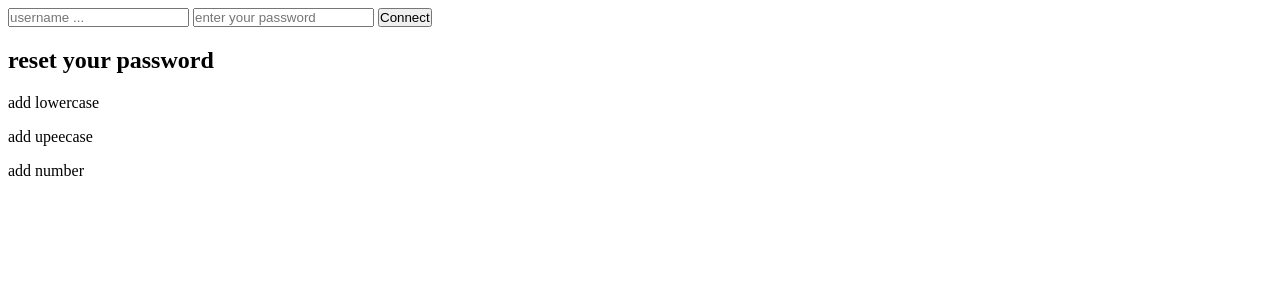
Repository: beva3/javaScrypt
Page: filter/index.html
These files come from the project's save history. The page is drawn as it stood at one moment and after a run of saves; the edit follows.
The browser window is 1280 px wide. The pictures show the whole page.

Above is the page before, as saved 2024-05-11 22:32:30.

### filter/index.html
<!DOCTYPE html>
<html lang="en">
<head>
    <meta charset="UTF-8">
    <link rel="stylesheet" href="style.css">
    <meta name="viewport" content="width=device-width, initial-scale=1.0">
    <title>filter</title>
</head>
<body>
    <div class="session">
        <form>
            <input type="text" placeholder="username ..." required >
            <input type="password"  id="passwd" placeholder="enter your password" required>
            <input type="submit" value="Connect">
        </form>
    </div>
    <div class="message">
        <h2>reset your password</h2>
        <p id="invalide" class="min">add lowercase</p>
        <p id="invalide" class="maj">add upeecase</p>
        <p id="invalide" class="number">add number</p>
    </div>
</body>
</html>

### filter/style.css
*{
    padding:0
}

After the next 3 saves:
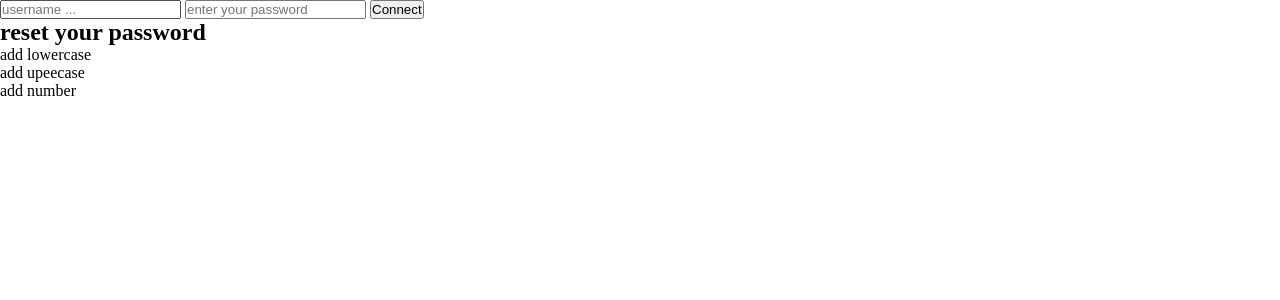
The 3 saves are shown as one change because they came seconds apart.
The last was saved 7 s later.
--- a/filter/style.css
+++ b/filter/style.css
@@ -1,3 +1,5 @@
 *{
-    padding:0
+    padding:0;
+    margin: 0;
+
 }
